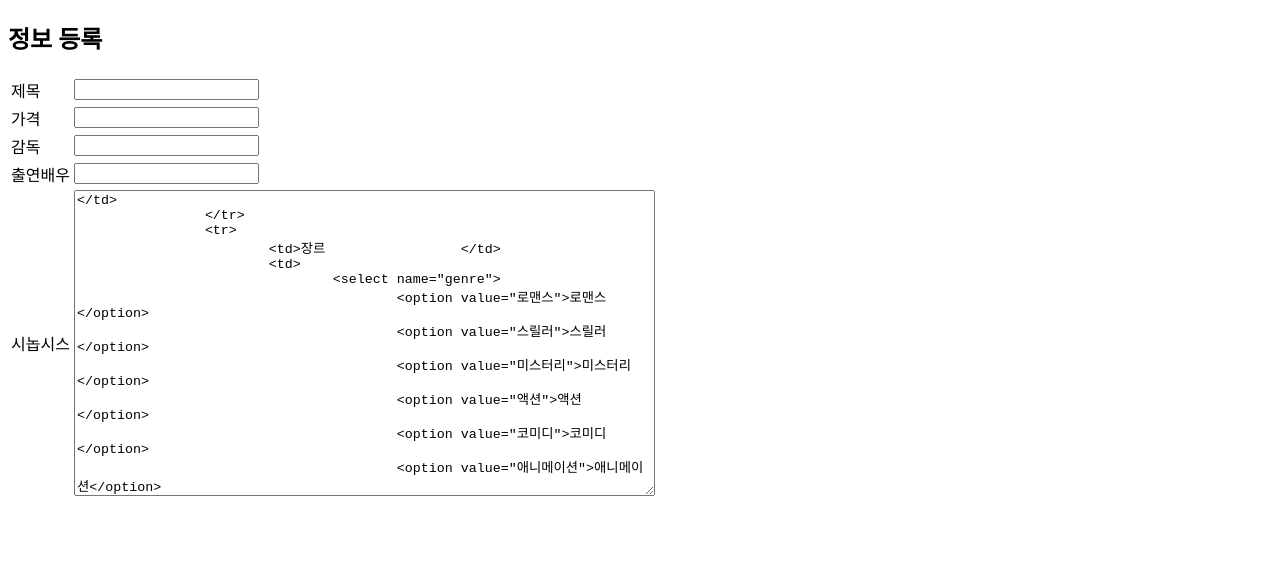
Repository: supremehappy/JSP_test02
Page: http://localhost/test/JSP_Test_06_3_movieWriteForm.jsp
The author's editor kept a copy of each file at every save. The page is drawn from the files as they stood at one save, then again after the next save.
The browser window is 1280 px wide. The pictures show the whole page.
The page is served by Tomcat 9.

Above is the page before, as saved 2017-07-17 08:12:13.

### test/WebContent/JSP_Test_06_3_movieWriteForm.jsp
<%@ page language="java" contentType="text/html; charset=UTF-8"
    pageEncoding="UTF-8"%>
<!DOCTYPE html PUBLIC "-//W3C//DTD HTML 4.01 Transitional//EN" "http://www.w3.org/TR/html4/loose.dtd">
<html>
<head>
<meta http-equiv="Content-Type" content="text/html; charset=UTF-8">
<title>Insert title here</title>
<style>
	div{
		text-align: center;
	}
</style>
</head>
<body>
<form action="JSP_Test_06_3_movieWrite.jsp" method="post">
	<h2>정보 등록</h2>
	<table>
		<tr>
			<td>제목 		</td>
			<td><input type="text" name="title" size="20"></td>
		</tr>
		<tr>
			<td>가격 		</td>
			<td><input type="text" name="price" size="20"></td>
		</tr>
		<tr>
			<td>감독 		</td>
			<td><input type="text" name="director" size="20"></td>
		</tr>
		<tr>
			<td>출연배우 		</td>
			<td><input type="text" name="actor" size="20"></td>
		</tr>
		<tr>
			<td>시놉시스 		</td>
			<td><textarea rows="20" cols="70" name="synopsis"></td>
		</tr>
		<tr>
			<td>장르 		</td>
			<td>
				<select name="genre">
					<option value="로맨스">로맨스</option>
					<option value="스릴러">스릴러</option>
					<option value="미스터리">미스터리</option>
					<option value="액션">액션</option>
					<option value="코미디">코미디</option>
					<option value="애니메이션">애니메이션</option>
				</select>
			</td>
		</tr>
	</table>
	<div>
		<input type="submit" value="ok">
		<input type="reset" value="cancle">
	</div>
</form>
</body>
</html>

After the next save:
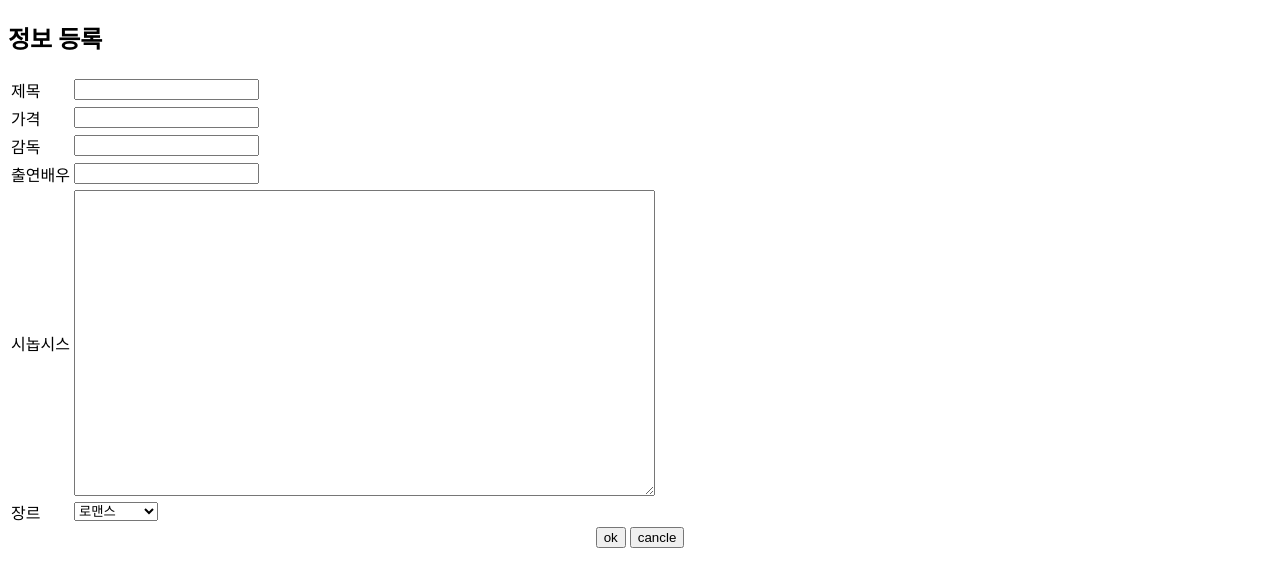
Saved 16 s later.
--- a/test/WebContent/JSP_Test_06_3_movieWriteForm.jsp
+++ b/test/WebContent/JSP_Test_06_3_movieWriteForm.jsp
@@ -33,7 +33,7 @@
 		</tr>
 		<tr>
 			<td>시놉시스 		</td>
-			<td><textarea rows="20" cols="70" name="synopsis"></td>
+			<td><textarea rows="20" cols="70" name="synopsis"></textarea></td>
 		</tr>
 		<tr>
 			<td>장르 		</td>
